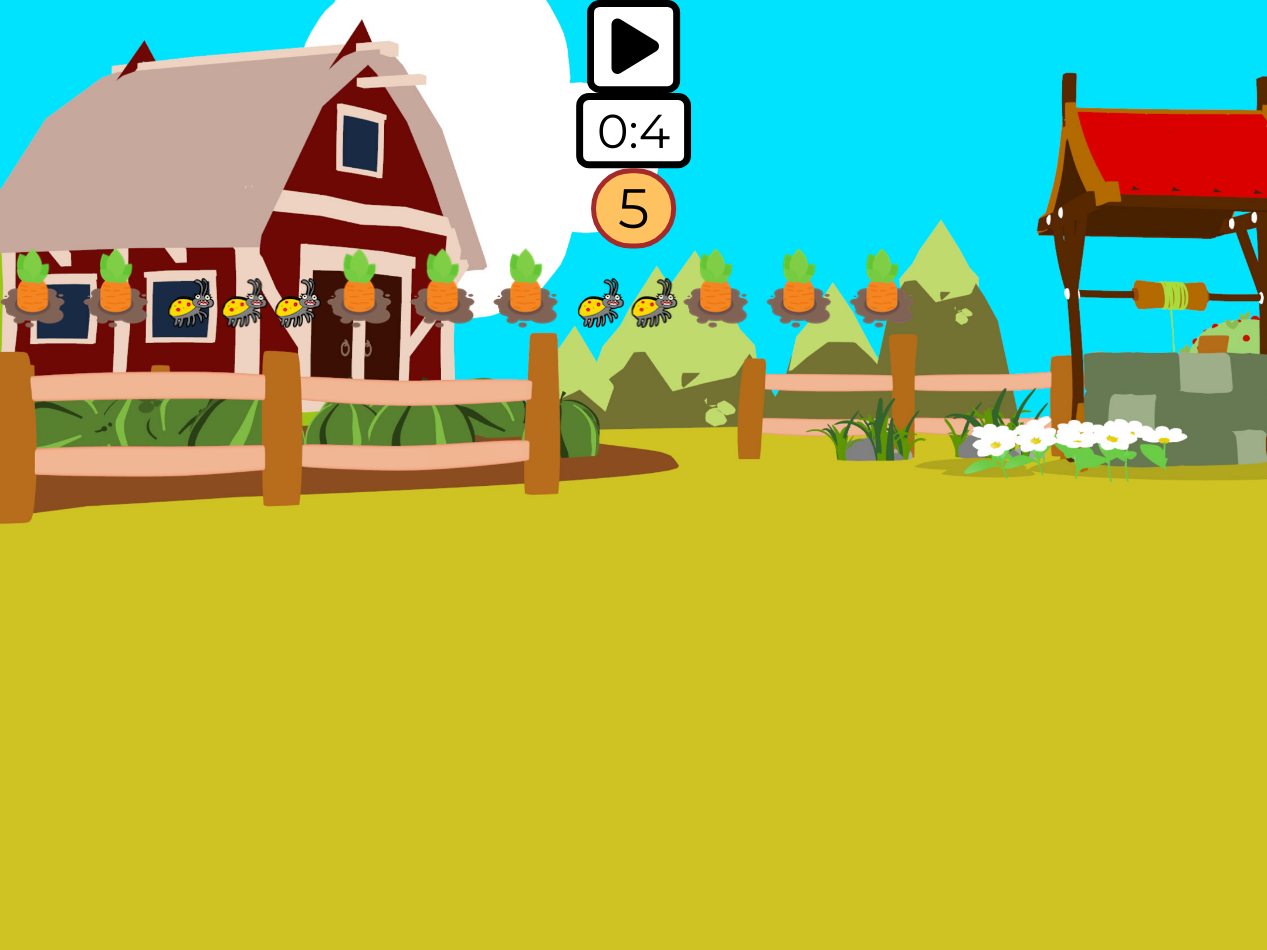
Repository: sephinejo/Mini-carrot-game
Page: index.html
An editor plug-in stored every save of this project. The page is shown before and after the next save, followed by the edit.
The browser window is 1280 px wide. The pictures show the whole page, at 99% of full size.
Some web fonts or font styles are not loaded; a fallback is used. Some web libraries are served in a nearby version.

Above is the page before, as saved 2023-05-14 21:43:46.

### index.html
<!DOCTYPE html>
<html lang="en">
  <head>
    <meta charset="UTF-8" />
    <meta http-equiv="X-UA-Compatible" content="IE=edge" />
    <meta name="viewport" content="width=device-width, initial-scale=1.0" />
    <title>Mini Carrot Game👩‍🌾🥕</title>
    <link rel="stylesheet" href="style.css" />
    <link rel="preconnect" href="https://fonts.googleapis.com" />
    <link rel="preconnect" href="https://fonts.gstatic.com" crossorigin />
    <link
      href="https://fonts.googleapis.com/css2?family=Alice&family=Lato:wght@400;700&family=Montserrat:wght@400;500;600;700&family=Raleway:wght@400;600;700;800&family=Ubuntu&display=swap"
      rel="stylesheet"
    />
    <script
      src="https://kit.fontawesome.com/9ac80604cb.js"
      crossorigin="anonymous"
    ></script>
    <script src="main.js" defer></script>
  </head>
  <body>
    <div class="container">
      <div class="infos">
        <div class="info__icon__play">
          <i class="fa-solid fa-play"></i>
        </div>
        <span class="info__timer">0:4</span>
        <span class="info__counter">5</span>
      </div>
      <div class="space">
        <img class="carrot" src="img/carrot.png" alt="carrot" />
        <img class="carrot" src="img/carrot.png" alt="carrot" />
        <img class="bug" src="img/bug.png" alt="bug" />
        <img class="bug" src="img/bug.png" alt="bug" />
        <img class="bug" src="img/bug.png" alt="bug" />
        <img class="carrot" src="img/carrot.png" alt="carrot" />
        <img class="carrot" src="img/carrot.png" alt="carrot" />
        <img class="carrot" src="img/carrot.png" alt="carrot" />
        <img class="bug" src="img/bug.png" alt="bug" />
        <img class="bug" src="img/bug.png" alt="bug" />
        <img class="carrot" src="img/carrot.png" alt="carrot" />
        <img class="carrot" src="img/carrot.png" alt="carrot" />
        <img class="carrot" src="img/carrot.png" alt="carrot" />
      </div>
    </div>
  </body>
</html>

### style.css
* {
  box-sizing: border-box;
}

body {
  margin: auto;
}

.container {
  background-size: cover;
  background-image: url('img/background.png');
  height: 60rem;
}

.infos {
  display: flex;
  flex-direction: column;
  align-items: center;
}

.info__icon__play {
  font-size: 4rem;
  color: black;
  border: 0.45rem solid black;
  border-radius: 0.8rem;
  background-color: white;
  padding: 0.4rem 0.9rem 0rem 1.1rem;
}

.info__timer {
  font-family: Montserrat;
  font-size: 3rem;
  border: 0.45rem solid black;
  border-radius: 0.8rem;
  background-color: white;
  padding: 0.1rem 0.9rem;
}

.info__counter {
  font-family: Montserrat;
  font-size: 3.5rem;
  border: 0.35rem solid brown;
  border-radius: 10rem;
  background-color: #fec260;
  padding: 0.1rem 1.4rem;
}

Loaded but not shown: main.js (no stored copy; drawn as an empty file)

After the next save:
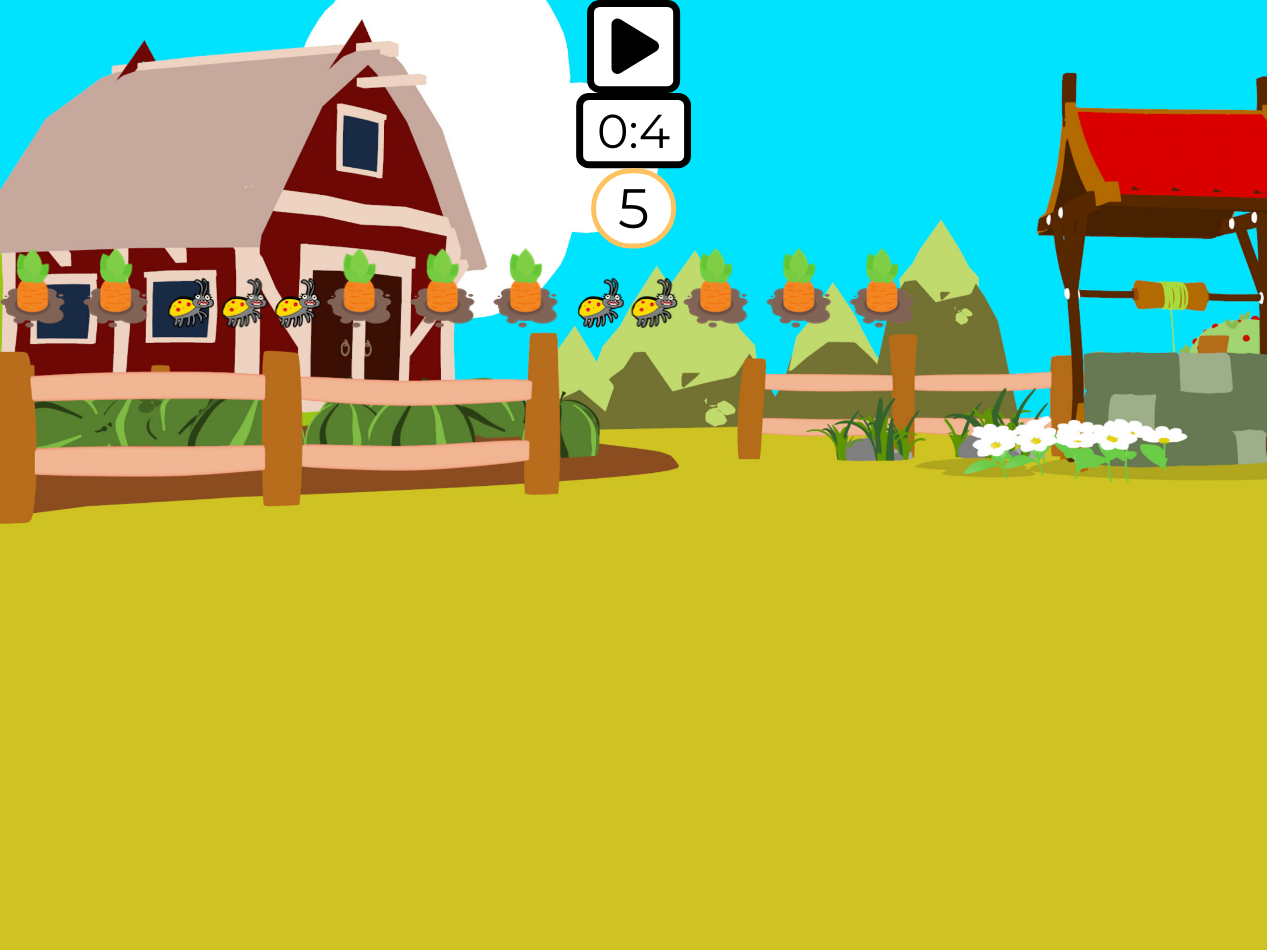
Saved 11 s later.
--- a/style.css
+++ b/style.css
@@ -39,8 +39,8 @@ body {
 .info__counter {
   font-family: Montserrat;
   font-size: 3.5rem;
-  border: 0.35rem solid brown;
+  border: 0.35rem solid #fec260;
   border-radius: 10rem;
-  background-color: #fec260;
+  background-color: white;
   padding: 0.1rem 1.4rem;
 }
